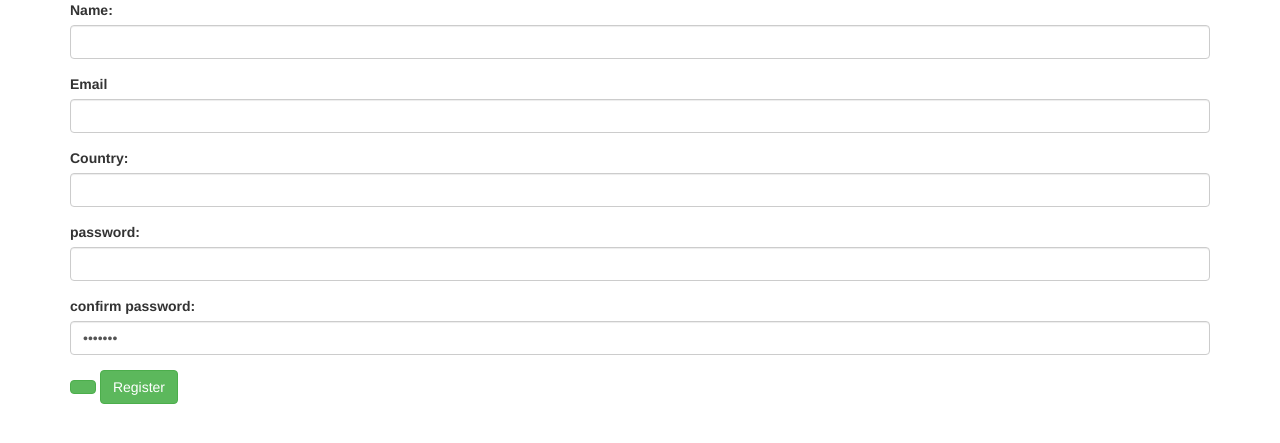
Repository: suvarsha/cognizant-projects
Page: BootStramp1/WebContent/register.html
These files come from the project's save history. The page is drawn as it stood at one moment and after the next save; the edit follows.
The browser window is 1280 px wide. The pictures show the whole page.

Above is the page before, as saved 2020-01-20 04:39:16.

### BootStramp1/WebContent/register.html
<!DOCTYPE html>
<html lang="en">
<head>
  <title>Bootstrap Example</title>
  <meta charset="utf-8">
  <meta name="viewport" content="width=device-width, initial-scale=1">
  <link rel="stylesheet" href="https://maxcdn.bootstrapcdn.com/bootstrap/3.4.1/css/bootstrap.min.css">
  <script src="https://ajax.googleapis.com/ajax/libs/jquery/3.4.1/jquery.min.js"></script>
  <script src="https://maxcdn.bootstrapcdn.com/bootstrap/3.4.1/js/bootstrap.min.js"></script>
</head>
<body>

<div class="container">
  <form>
    <div class="form-group">
      <label for="usr">Name:</label>
      <input type="text"   class="form-control"  id="usr">
    </div>
    <div class="form-group">
      <label for="mail">Email</label>
      <input type="email"   class="form-control" id="ml">
    </div>
    <div class="form-group">
      <label for="cnty">Country:</label>
      <input type="text" class="form-control"    id="cy">
      </div>
       <div class="form-group">
      <label for="password">password:</label>
      <input type="password" class="form-control"   id="ps">
      </div>
       <div class="form-group">
      <label for="confirm password">confirm password:</label>
      <input type="password" class="form-control"  value="Fakepsw" id="pass">
    </div>
    <a href ="login.html" class="btn btn-success" role="button"></a>
    <button type="button" class="btn btn-success">Register</button>

  </form>
</div>
</body>
</html>

After the next save:
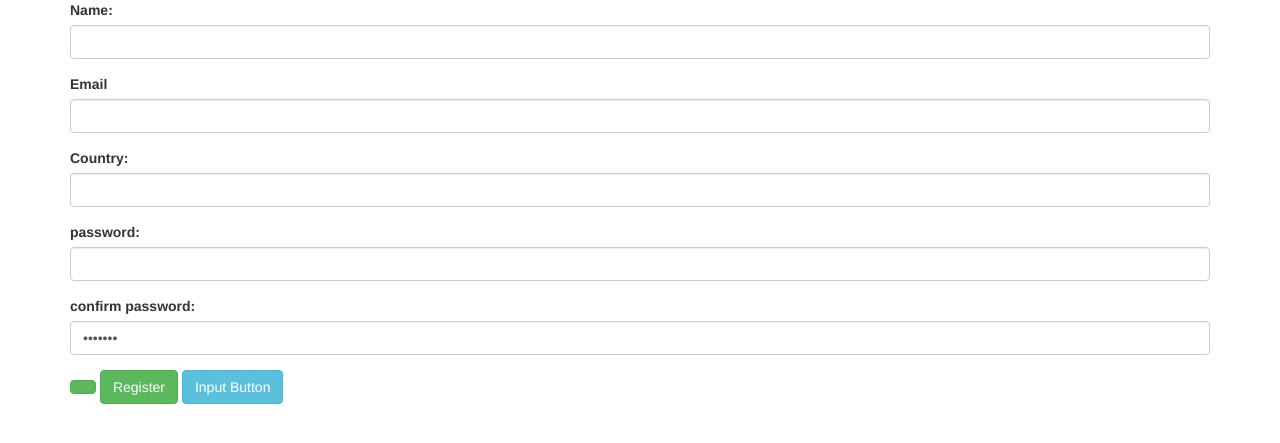
Saved 85 s later.
--- a/BootStramp1/WebContent/register.html
+++ b/BootStramp1/WebContent/register.html
@@ -34,7 +34,7 @@
     </div>
     <a href ="login.html" class="btn btn-success" role="button"></a>
     <button type="button" class="btn btn-success">Register</button>
-
+    <input type="button" class="btn btn-info" value="Input Button">
   </form>
 </div>
 </body>
